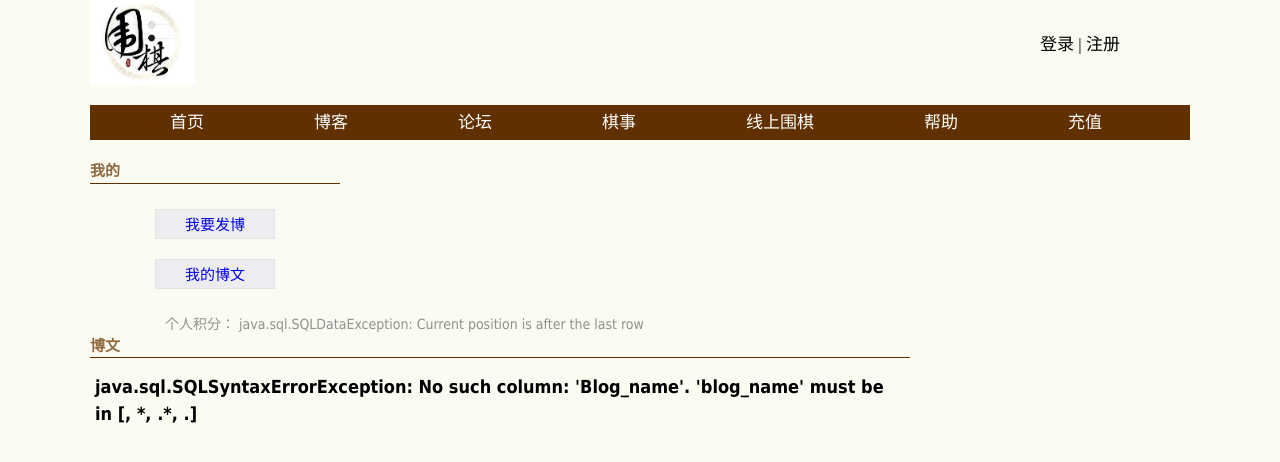
Repository: yxh0/Go
Page: http://localhost/keshe/keshe/blog.jsp
The author's editor kept a copy of each file at every save. The page is drawn from the files as they stood at one save, then again after the next save.
The browser window is 1280 px wide. The pictures show the whole page.
The page is served by Tomcat 9. Other server files are loaded and not shown. Queries for data that is not in the repository find no rows.

Above is the page before, as saved 2020-06-11 03:38:15.

### SoftwareProjectGo/keshe/WebContent/keshe/blog.jsp
<%@ page language="java" contentType="text/html; charset=UTF-8"
    pageEncoding="UTF-8"%>
<%@ page import="java.sql.*" %>
<!DOCTYPE html>
<html>
<head>
<meta charset="UTF-8">
<title>博客页面</title>
<link rel="stylesheet" href="css/init.css">
<link rel="stylesheet" href="css/public.css">
<link rel="stylesheet" href="css/blog.css">
</head>
<body>
	<div class="header w">
		<div class="logo">
			<img src="images/logo.jpg" alt="" />
		</div>
		<div class="login">
			<ul>
				<li>
					<a href="login.jsp">登录</a> |
					<a href="register.jsp">注册</a>
				</li>
			</ul>
		</div>
	</div>
	<!-- 导航栏 -->
	<div class="nav w">
		<div class="container">
			<ul class="left">
		    	<li><a href="index.jsp" >首页</a></li>
		    	<li><a href="blog.jsp" >博客</a></li>
		    	<li><a href="luntan.jsp" >论坛</a></li>
		    	<li><a href="qishi.jsp" >棋事</a></li>
		    	<li><a href="xianshangweiqi.jsp" >线上围棋</a></li>
		    	<li><a href="bangzhu.jsp" >帮助</a></li>
		    	<li><a href="chongzhi.jsp" >充值</a></li>
			</ul>
  		</div>
	</div>
	<div class="big w">
		<div class="self">
			<h4>我的</h4>
			<button><a href="blog_post.jsp"> 我要发博</a></button><br>
			<button><a href="myblog.jsp"> 我的博文</a></button><br>
			<div class="info">
				<p>个人积分：
				<%
				Connection con;
		    	Statement sql;
		    	ResultSet rs;
		    	Class.forName("com.mysql.jdbc.Driver");
		    	try
				{
					String uri= "jdbc:mysql://localhost:3306/weiqiluntan";
		            String user="root";
		            String password="0";
		            con=DriverManager.getConnection(uri,user,password);
		            sql=con.createStatement();
		            rs=sql.executeQuery("SELECT user_jifen FROM chess_user WHERE user_name = 'testman' ");
		            rs.next();
		            out.print(rs.getString("user_jifen"));
			    	con.close();
				}
				catch(SQLException e){
					out.print(e);
				}
		        %>
		        </p>
			</div>
		</div>
		<div class="blogg">
			<h4>博文</h4>
			<div class="cont">
			<%
				//Connection con;
		    	//Statement sql;
		    	//ResultSet rs;
		    	Class.forName("com.mysql.jdbc.Driver");
		    	try
				{
					String uri= "jdbc:mysql://localhost:3306/weiqiluntan";
		            String user="root";
		            String password="0";
		            con=DriverManager.getConnection(uri,user,password);
		            sql=con.createStatement();
		            rs=sql.executeQuery("SELECT * FROM blog order by Blog_date desc");
		            rs.next();
		            for (int i = 0; i < 2; ++i)
		            {
		     %>
						<h2><%	out.print(rs.getString("Blog_name"));	%></h2>
						<span class="people"> <%= rs.getString("Blog_replies") %> 回复 | <%= rs.getString("Blog_agreements")%> 点赞</span>
						<%		rs.next();
					}
				    con.close();
				}
				catch(SQLException e){
					out.print(e);
				}
						%>
			</div>
		</div>
	</div>
</body>
</html>

### SoftwareProjectGo/keshe/WebContent/keshe/css/init.css
@charset "UTF-8";
/* 基础的初始化 */
* {
    margin: 0;
    padding: 0;
    box-sizing: border-box;
}
/* em 和 i 斜体的文字不倾斜 */
em,
i {
    font-style: normal
}

li {
    list-style: none
}

img {
    border: 0;
    vertical-align: middle
}

button {
    cursor: pointer
}

a {
    text-decoration: none
}

button,
input {
    font-family: Microsoft YaHei, Heiti SC, tahoma, arial, Hiragino Sans GB, "\5B8B\4F53", sans-serif;
    /* 默认有灰色边框我们需要手动去掉 */
    border: 0;
    outline: none;
}

body {
    -webkit-font-smoothing: antialiased;
    background-color: #fff;
    font: 12px/1.5 Microsoft YaHei, Heiti SC, tahoma, arial, Hiragino Sans GB, "\5B8B\4F53", sans-serif;
    color: black;
}

.hide,
.none {
    display: none
}
/* 清除浮动 */
.clearfix:after {
    visibility: hidden;
    clear: both;
    display: block;
    content: ".";
    height: 0
}

.clearfix {
    *zoom: 1
}

### SoftwareProjectGo/keshe/WebContent/keshe/css/public.css
@charset "UTF-8";
/* 版心 */
body {
	background-color: #fcfbf1;
}
.w {
    width: 1100px;
    margin: 0 auto;
}
.nav {
    height: 35px;
    background-color: #603000;
    line-height: 35px;
}
.nav ul li{
	float: left;
}
.nav li a{
	color: white;
	font-size: 17px;
	border-right: 20px;
	padding: 20px 30px;
	margin-left: 50px;
}
.nav li a:hover{
	color: yellow;
}
.header {
    position: relative;
    height: 105px;
}
.logo {
	position: absolute;
	width: 105px;
	height: 85px;
}
.logo img {
	width: 100%;
	height: 100%;
}
.login {
	margin-left: 950px;
	margin-top: 30px;
	position: absolute;
	font: 17px Microsoft YaHei;
	text-align: center;
}
.login li a{
	color: black;
}
.login li a:hover {
	color: #ebc21f;
}
.footer p {
    width: 250px;
    font-size: 20px;
    color: #7B7B7B;
    margin: 60px auto;
}

### SoftwareProjectGo/keshe/WebContent/keshe/css/blog.css
@charset "UTF-8";
.big {
	margin-top: 20px;
}
.self {
	float: left;
	margin-right: 30px;
}
.big .self h4,
.big .blogg h4 {
	width: 250px;
	border-bottom: solid 1px #603000;
	margin-bottom: 15px;
	font-size: 15px;
	weight: 500;
	color: #8f6a40;
}
.big .self button {
	width: 120px;
    height: 30px;
    margin: 10px 65px;
    border: 1px solid #E2E2E2;
    text-align: center;
    line-height: 30px;
    font-size: 15px;
    color: #000;
    background: #ededf1;
}
.big .self .info {
	margin-top: 15px;
	margin-left: 75px;
}
.big .self .info p{
	font-size: 14px;
	weight: 500;
	color: #909090;
}
.blogg {
	float: left;
}
.big .blogg h4,
.big .blogg .cont {
	width: 820px;
}
.big .blogg .cont h2 {
	margin: 5px;
}
.big .blogg .cont a {
	color: #000;
}
.big .blogg .cont a:hover {
	color: #ebc21f;
}
.big .blogg .cont p {
	margin-bottom: 35px;
	color: #8a8a8a;
}
.big .blogg .cont .people {
	font-size: 13px;
}

After the next save:
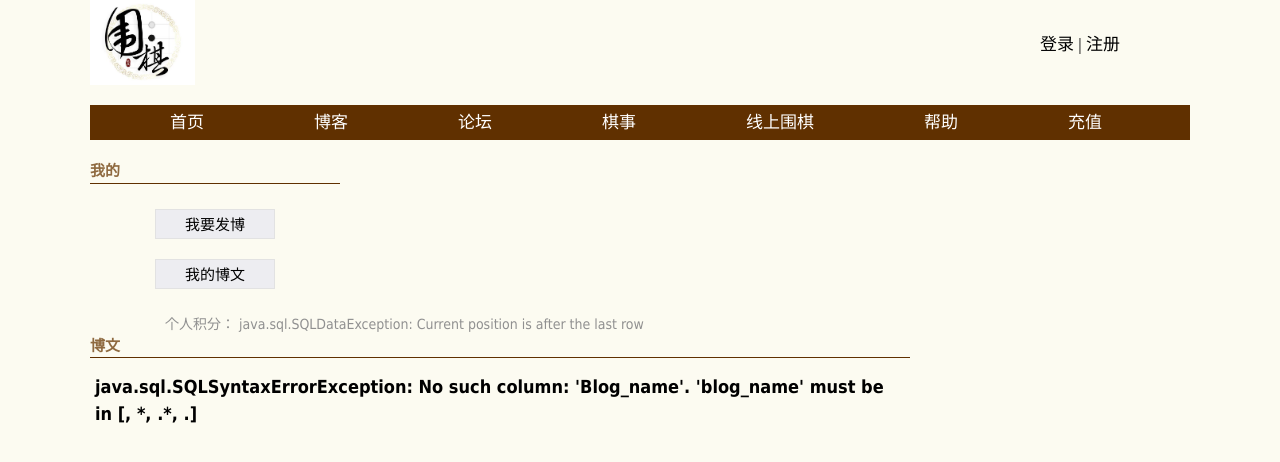
Saved 11 min 35 s later.
--- a/SoftwareProjectGo/keshe/WebContent/keshe/blog.jsp
+++ b/SoftwareProjectGo/keshe/WebContent/keshe/blog.jsp
@@ -41,8 +41,8 @@
 	<div class="big w">
 		<div class="self">
 			<h4>我的</h4>
-			<button><a href="blog_post.jsp"> 我要发博</a></button><br>
-			<button><a href="myblog.jsp"> 我的博文</a></button><br>
+			<button onclick="blog_post.jsp"> 我要发博</button><br>
+			<button onclick="myblog.jsp"> 我的博文</button><br>
 			<div class="info">
 				<p>个人积分：
 				<%
